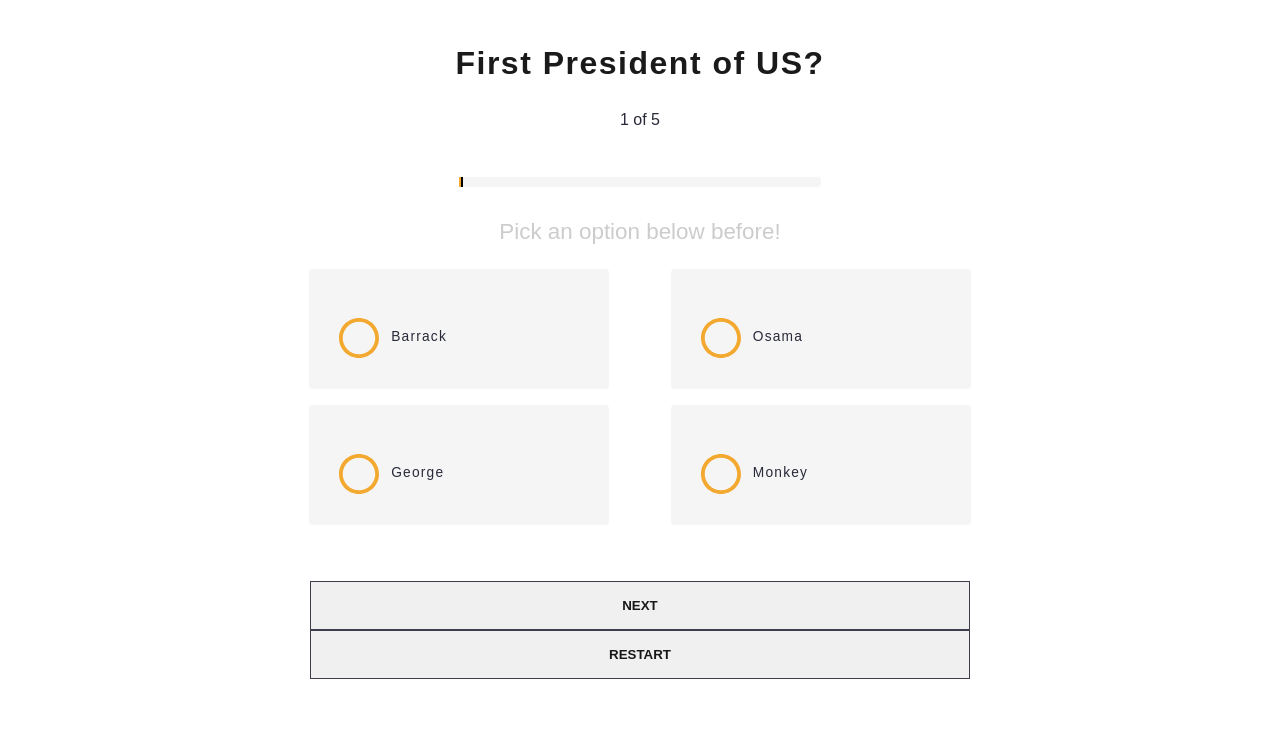
Repository: mukiSabljakovic/Quiz-APP
Page: index.html
The author's editor kept a copy of each file at every save. The page is drawn from the files as they stood at one save, then again after the next save.
The browser window is 1280 px wide. The pictures show the whole page.
Some web fonts or font styles are not loaded; a fallback is used.

Above is the page before, as saved 2020-05-05 11:47:41.

### index.html
<!DOCTYPE html>
<html lang="en">
<head>
    <meta charset="UTF-8">
    <meta name="viewport" content="width=device-width, initial-scale=1.0">
    <title>Quiz</title>
    <link rel="stylesheet" href="css/style.css">
</head>
<body>
    <div class="app">
        <div class="container">
            <div class="jabquiz">

                <div class="jabquiz__question-box">
                    <h1 class="jabquiz__question"></h1>
                    <p class="jabquiz__tracker"></p>
                    <div class="progress">
                        <div class="progress__inner">

                        </div>
                    </div>
                    <p class="jabquiz__tagline">Pick an option below before!</p>
                </div>



                <div class="jabquiz__choices-box">
                    <ul class="jabquiz__choices">
                        <!-- dynamically with js -->


                    </ul>
                </div>



                <div class="jabquiz__footer">
                    <button class="button button--bordered next">Next</button>
                    <button class="button button--bordered restart">Restart</button>
                </div>



            </div>
        </div>
    </div>

    <script src="js/app.js" type="module"></script>
</body>
</html>

### css/style.css
@import url("https://fonts-googleapis.com/css?family=Raleway|PT+Serif:700");


:root {
    --main-font-color: #1a1a1a;
    --main-bg-color: white;
    --main-theme-color: rgb(243, 168, 47);
    --light-white: #f5f5f5;
    --light-gray: #ccc;
    --light-black: #282a39;
    --container-width: 768px;
    --font-body-stack: Raleway, Charcoal, sans-serif;
    --font-heading-stack: "PT Serif", sans-serif;

}

* {
 padding: 0;
 margin: 0;
 box-sizing: border-box;
}

.container {
    max-width: var(--container-width);
    margin-right: auto;
    margin-left: auto;
}

.button {
    padding: 1rem 3.8rem;
    text-transform: uppercase;
    border: 1px solid #eee;
    outline: 0;
    opacity: .9;
    font-weight: bold;
    transition: .3s all ease;
}

.button:hover {
    opacity: 1;
    background: var(--light-black);
    color: white;
}

.button.button--bordered {
    border: 1px solid var(--light-black);
}

.jabquiz {
    padding: 2rem 1.4rem;
}

.jabquiz__question-box {
    text-align: center;
}

.jabquiz__question {
    font-family: var(--font-heading-stack);
    font-weight: bold;
    letter-spacing: 1.5px;
    padding: 0.8rem 4rem;
    color: var(--main-font-color);
}

.jabquiz__tracker {
    font-family: var(--font-body-stack);
    color: var(--light-black);
    padding: 1rem;
}

.jabquiz__tagline {
    font-family: var(--font-body-stack);
    color: var(--light-gray);
    font-size: 1.4rem;
}

.progress {
    border-radius: 4px;
    margin: 2rem auto;
    width: 50%;
    background-color: var(--light-white);
}

.progress__inner {
    height: 10px;
    width: 0%;
    background-color: var(--main-theme-color);
    border-right: 2px solid black;
}

/* .jabquiz__choices-box {

} */

.jabquiz__choices {
    list-style-type: none;
    margin: 1rem auto;
    display: flex;
    flex-wrap: wrap;
}

.jabquiz__choice {
    min-width: 300px;
    border-radius: 4px;
    display: block;
    background: var(--light-white);
    margin: .5rem auto;
    font-family: sans-serif;
    color: var(--light-black);
    letter-spacing: 1.2px;
    font-size: .86rem;
}

.jabquiz__label {
    padding: 2rem 2rem;
    display: flex;
    align-items: center;
}

.jabquiz__choices input {
    opacity: 0;
}

.jabquiz__choices input:checked + label {
    color: var(--main-theme-color);
}

.jabquiz__choices input:checked + label i {
    background-image: url('../images/interface.svg');

}

.jabquiz__choices label i {
    background: url('../images/circle.svg');
    background-size: 40px;
    height: 40px;
    width: 40px;
    display: inline-block;
    position: relative;
    top: 1px;
    left: -2px;
    margin-right: 10px;
}

.jabquiz__footer {
    padding: 2rem;
    display: flex;
    flex-direction: column;
}

### js/app.js
import Question from "./Question.js";
import Quiz from "./Quiz.js";


const App = (() => {
 // cache the DOM
 const quizEl = document.querySelector(".jabquiz");
 const quizQuestionEl = document.querySelector(".jabquiz__question");
 const trackerEl = document.querySelector(".jabquiz__tracker");
 const taglineEl = document.querySelector(".jabquiz__tagline");
 const choicesEl = document.querySelector(".jabquiz__choices");
 const progressInnerEl = document.querySelector(".progress__inner");
 const nextButtonEL = document.querySelector(".next");
 const restartButtonEl = document.querySelector(".restart");

 const q1 = new Question(
     "First President of US?",
     ["Barrack", "Osama", "George", "Monkey"],
     2
 )

 const q2 = new Question(
    "When was JS created?",
    ["June 1995", "May 1995", "July 1885", "Sept 1996"],
    1
)

const q3 = new Question(
    "What does CSS stand for?",
    ["Cusa", "Cisa", "Cascading Style Sheets", "Cosa"],
    2
)

const q4 = new Question(
    "THe full form of HTML is...",
    ["Hypothalamus", "Hisan", "Huca", "Hyper Text Markup Language"],
    3
)

const q5 = new Question(
    "Console.log(typeof []) would return what?",
    ["Barr", "Object", "Null", "Array"],
    1
)

const quiz = new Quiz([q1, q2, q3, q4, q5]);

const listeners = _ => {
    nextButtonEL.addEventListener("click", function() {
        const selectedRadioElem = document.querySelector('input[name="choice"]:checked');
        if (selectedRadioElem) {
          const key = Number(selectedRadioElem.getAttribute("data-order"));
          quiz.guess(key);
          renderAll();
        }
    })

    restartButtonEl.addEventListener("click", function() {
        // 1. reset the quiz
        quiz.reset();
        // 2. renderAll
        renderAll();
        // 3. restore the next button
        nextButtonEL.style.opacity = 1;
    })
}

const setValue = (elem, value) => {
    elem.innerHTML = value;
}

const renderQuestion = _ => {
    const question = quiz.getCurrentQuestion().question;
    setValue(quizQuestionEl, question);
}

renderQuestion();

const renderChoicesElements = _ => {
    let markup = "";
    const currentChoices = quiz.getCurrentQuestion().choices;
    currentChoices.forEach((elem, index) => {
        markup += `
            <li class="jabquiz__choice">
            <input type="radio" name="choice" data-order="${index}" id="choice${index}" class="jabquiz__input">
            <label for="choice${index}" class="jabquiz__label">
                <i></i>
               <span>${elem}</span>
            </label>
        </li>
        `
    });
    setValue(choicesEl, markup);
}

const renderTracker = _ => {
    const index = quiz.currentIndex;
    setValue(trackerEl, `${index+1} of ${quiz.questions.length}`);
}

const getPercentage = (num1, num2) => {
    return Math.round((num1/num2) * 100);
}

const launch = (width, maxPercent) => {
    let loadingBar = setInterval(function() {
        if (width > maxPercent) {
            clearInterval(loadingBar);

            } else {
                width++;
                progressInnerEl.style.width = width + "%";
        }
    }, 3)
}


const renderProgress = _ => {
    // 1. width
    const currentWidth = getPercentage(quiz.currentIndex, quiz.questions.length);
    // 2. launch(0, width)
    launch(0, currentWidth);
}

const renderEndScreen = _ => {
    setValue(quizQuestionEl, `Great Job!`);
    setValue(taglineEl, `Complete!`);
    setValue(trackerEl, `Your score: ${getPercentage(quiz.score, quiz.questions.length)}%`);
    nextButtonEL.style.opacity = 0;
    renderProgress();
}

const renderAll = _ => {

    if (quiz.hasEnded()) {
        // renderEndScreen
        renderEndScreen();
    } else {
        // 1. render the question
        renderQuestion();
        // 2. render the choices elements
        renderChoicesElements();
        // 3. render Tracker
        renderTracker();
        // 4. render Progress
        renderProgress();
    }
}

return {
    renderAll: renderAll,
    listeners: listeners
}
})();

App.renderAll();
App.listeners();

### js/Question.js
export default function Question(question, choices, answerKey) {
    this.question = question;
    this.choices = choices;
    this.answerKey = answerKey;

}

Question.prototype.isCorrect = function (guessKey) {
    return guessKey === this.answerKey;
}

### js/Quiz.js

export default function Quiz(questions) {
    this.questions = questions;
    this.score = 0;
    this.currentIndex = 0;
}

Quiz.prototype.getCurrentQuestion = function() {
    return this.questions[this.currentIndex];
}


Quiz.prototype.nextIndex = function() {
    this.currentIndex++;
}

Quiz.prototype.hasEnded = function() {
    return this.currentIndex === this.questions.length;
}

Quiz.prototype.guess = function(userGuess) {
    const currentQuestion = this.questions[this.currentIndex];
    if (currentQuestion.isCorrect(userGuess)) {
        this.score++;
    }
    this.nextIndex();
}

Quiz.prototype.reset = function() {
    this.score = 0;
    this.currentIndex = 0;
}

### images/circle.svg
<?xml version="1.0" encoding="iso-8859-1"?>
<!-- Generator: Adobe Illustrator 19.0.0, SVG Export Plug-In . SVG Version: 6.00 Build 0)  -->
<svg version="1.1" id="Layer_1" xmlns="http://www.w3.org/2000/svg" xmlns:xlink="http://www.w3.org/1999/xlink" x="0px" y="0px"
	 viewBox="0 0 512 512" style="enable-background:new 0 0 512 512;" xml:space="preserve">
<path style="fill:#F3a82f;" d="M255.832,48.032c114.859,0.096,207.896,93.277,207.8,208.137s-93.277,207.896-208.137,207.8
	C140.7,463.872,47.695,370.795,47.695,256C47.871,141.149,140.981,48.112,255.832,48.032 M255.832,0
	C114.443,0.096-0.096,114.779,0,256.168S114.779,512.096,256.168,512C397.485,511.904,512,397.317,512,256
	C511.952,114.571,397.261-0.048,255.832,0z"/>
<g>
</g>
<g>
</g>
<g>
</g>
<g>
</g>
<g>
</g>
<g>
</g>
<g>
</g>
<g>
</g>
<g>
</g>
<g>
</g>
<g>
</g>
<g>
</g>
<g>
</g>
<g>
</g>
<g>
</g>
</svg>

After the next save:
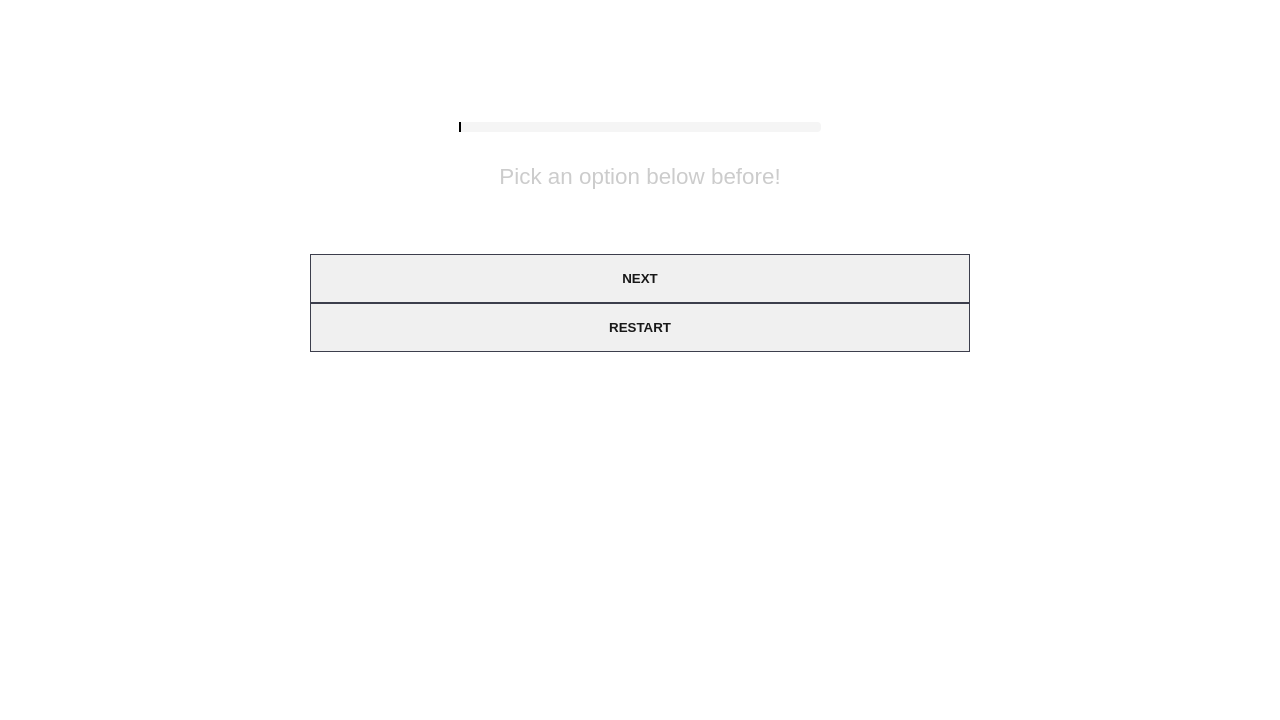
Console error: ReferenceError: constnextButtonEl is not defined
Saved 78 s later.
--- a/js/app.js
+++ b/js/app.js
@@ -10,7 +10,7 @@
  const taglineEl = document.querySelector(".jabquiz__tagline");
  const choicesEl = document.querySelector(".jabquiz__choices");
  const progressInnerEl = document.querySelector(".progress__inner");
- const nextButtonEL = document.querySelector(".next");
+ constnextButtonEl = document.querySelector(".next");
  const restartButtonEl = document.querySelector(".restart");
 
  const q1 = new Question(
@@ -46,7 +46,7 @@
 const quiz = new Quiz([q1, q2, q3, q4, q5]);
 
 const listeners = _ => {
-    nextButtonEL.addEventListener("click", function() {
+   nextButtonEl.addEventListener("click", function() {
         const selectedRadioElem = document.querySelector('input[name="choice"]:checked');
         if (selectedRadioElem) {
           const key = Number(selectedRadioElem.getAttribute("data-order"));
@@ -61,7 +61,7 @@
         // 2. renderAll
         renderAll();
         // 3. restore the next button
-        nextButtonEL.style.opacity = 1;
+       nextButtonEl.style.opacity = 1;
     })
 }
 
@@ -126,7 +126,7 @@
     setValue(quizQuestionEl, `Great Job!`);
     setValue(taglineEl, `Complete!`);
     setValue(trackerEl, `Your score: ${getPercentage(quiz.score, quiz.questions.length)}%`);
-    nextButtonEL.style.opacity = 0;
+   nextButtonEl.style.opacity = 0;
     renderProgress();
 }
 

After the save that followed:
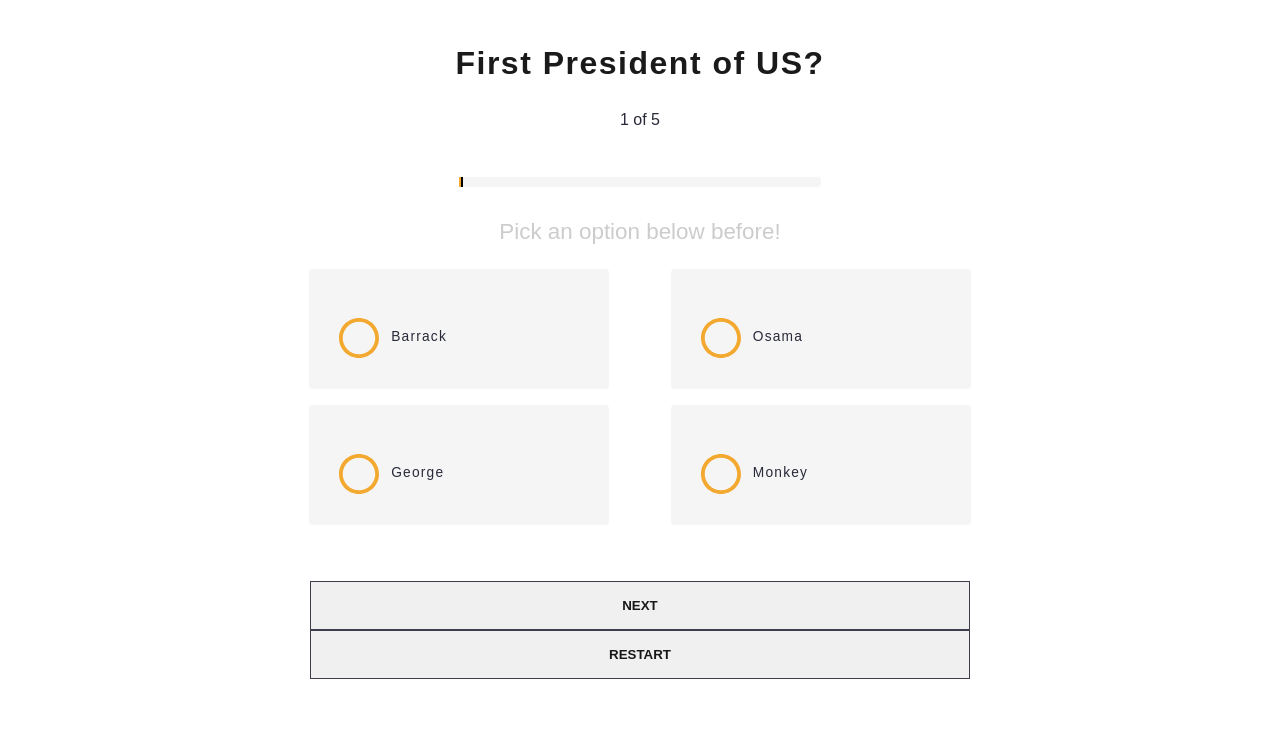
The error is gone.
Saved 48 s later.
--- a/js/app.js
+++ b/js/app.js
@@ -10,7 +10,7 @@
  const taglineEl = document.querySelector(".jabquiz__tagline");
  const choicesEl = document.querySelector(".jabquiz__choices");
  const progressInnerEl = document.querySelector(".progress__inner");
- constnextButtonEl = document.querySelector(".next");
+ const nextButtonEl = document.querySelector(".next");
  const restartButtonEl = document.querySelector(".restart");
 
  const q1 = new Question(
